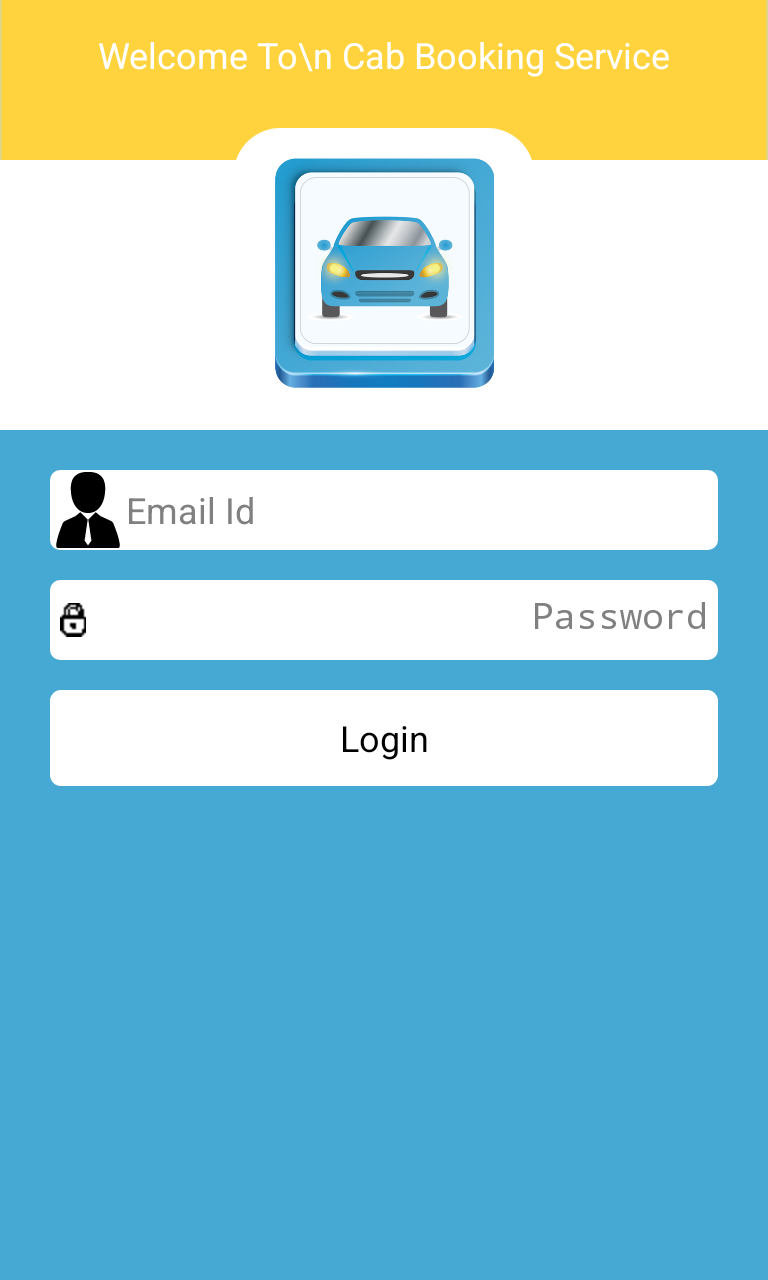
Repository: DeveloperManiax/cabbooking
Layout: CabBooking/res/layout/activity_login.xml
The author's editor kept a copy of each file at every save. The layout is drawn from the files as they stood at one save, then again after the next save.
It is drawn on a 768 x 1280 px phone screen (xhdpi) without system bars, with theme AppTheme; the app's code is not run.

Above is the layout before, as saved 2015-09-07 16:55:12.

### CabBooking/res/layout/activity_login.xml
<RelativeLayout xmlns:android="http://schemas.android.com/apk/res/android"
    xmlns:tools="http://schemas.android.com/tools"
    android:layout_width="match_parent"
    android:layout_height="match_parent"
    tools:context="com.developermaniax.cabbooking.Login" >

    <ImageView
        android:id="@+id/imageView1"
        android:layout_width="match_parent"
        android:layout_height="80dp"
        android:layout_alignParentLeft="true"
        android:layout_alignParentTop="true"
        android:scaleType="fitXY"
        android:src="@drawable/top" />

    <ImageView
        android:id="@+id/imageView3"
        android:layout_width="150dp"
        android:layout_height="150dp"
        android:layout_alignParentTop="true"
        android:layout_centerHorizontal="true"
        android:layout_marginLeft="50dp"
        android:layout_marginRight="50dp"
        android:layout_marginTop="60dp"
        android:src="@drawable/logooutline" />

    <ImageView
        android:id="@+id/imageView2"
        android:layout_width="120dp"
        android:layout_height="120dp"
        android:layout_alignParentTop="true"
        android:layout_below="@+id/imageView1"
        android:layout_centerHorizontal="true"
        android:layout_marginTop="75dp"
        android:src="@drawable/ic_launcher512" />

    <TextView
        android:id="@+id/textView1"
        android:layout_width="wrap_content"
        android:layout_height="wrap_content"
        android:layout_alignParentLeft="true"
        android:layout_alignParentRight="true"
        android:layout_marginTop="15dp"
        android:gravity="center_horizontal"
        android:text="Welcome To\n Cab Booking Service"
        android:textAppearance="?android:attr/textAppearanceMedium"
        android:textColor="#ffffff" />

    <LinearLayout
        android:layout_width="match_parent"
        android:layout_height="match_parent"
        android:layout_alignParentBottom="true"
        android:layout_alignParentLeft="true"
        android:layout_below="@+id/imageView2"
        android:layout_marginTop="20dp"
        android:background="#45A9D3"
        android:orientation="vertical"
        android:padding="5dp" >

        <EditText
            android:id="@+id/edtUserName"
            android:layout_width="match_parent"
            android:layout_height="40dp"
            android:layout_alignParentLeft="true"
            android:layout_marginLeft="20dp"
            android:layout_marginRight="20dp"
            android:layout_marginTop="15dp"
            android:background="@drawable/customtextbox"
            android:drawableLeft="@drawable/user"
            android:ems="10"
            android:hint="@string/edtUserName" />

        <EditText
            android:id="@+id/edtPassword"
            android:layout_width="match_parent"
            android:layout_height="40dp"
            android:layout_below="@id/edtUserName"
            android:layout_marginLeft="20dp"
            android:layout_marginRight="20dp"
            android:layout_marginTop="15dp"
            android:background="@drawable/customtextbox"
            android:drawableLeft="@drawable/passwordb"
            android:ems="10"
            android:hint="@string/edtPassword"
            android:inputType="textPassword"
            android:gravity="right"
            android:padding="5dp" />

        <Button
            android:id="@+id/button1"
            android:layout_width="match_parent"
            android:layout_height="wrap_content"
            android:layout_below="@+id/editText2"
            android:layout_marginLeft="20dp"
            android:layout_marginRight="20dp"
            android:layout_marginTop="15dp"
            android:background="@drawable/custombutton"
            android:text="@string/btnLogin" />
    </LinearLayout>

</RelativeLayout>

### CabBooking/res/values/colors.xml
<?xml version="1.0" encoding="utf-8"?>
<resources>
    <color name="list_divider">#d9d9d9</color>
    <color name="list_row_start_color">#ffffff</color>
    <color name="list_row_end_color">#ffffff</color>
    <color name="list_row_hover_start_color">#ebeef0</color>
    <color name="list_row_hover_end_color">#ebeef0</color>
	<color name="background">#23355B</color>
	<color name="fontcolor">#FFFFFF</color>
	<color name="navigationyellow">#FF9800</color>
	<color name="navigationpurpul">#9345AF</color>
	<color name="navigationmaruun">#A02650</color>
	<color name="englishpink">#E25B68</color>
	<color name="englishred">#E55350</color>
	<color name="list_background">#E6E6E6</color>
	<color name="list_background_pressed">#E25B68</color>
	<color name="actionbar_background">#FFD33D</color>
	<!--#3385C7 #E25B68 -->
</resources>

### CabBooking/res/drawable/customtextbox.xml
<?xml version="1.0" encoding="utf-8"?>
<shape xmlns:android="http://schemas.android.com/apk/res/android"
    android:padding="10dp"
    android:shape="rectangle" >

    <solid android:color="#ffffff" />

    <corners android:radius="5dip" />


</shape>

### CabBooking/res/values/strings.xml
<?xml version="1.0" encoding="utf-8"?>
<resources>

    <string name="app_name">CabBooking</string>
    <string name="hello_world">Hello world!</string>
    <string name="action_settings">Settings</string>
    <string name="title_activity_home">Home</string>
    <string name="title_activity_emergancy_contacts">EmergancyContacts</string>
    <string name="title_activity_about_us">AboutUs</string>
    <string name="title_activity_order">Order</string>
    <string name="title_activity_rate_card">RateCard</string>

    <string-array name="navigation_drawer_items_array">
        <item>Home</item>
        <item>Order</item>
        <item>Order History</item>
        <item>Rate Card</item>
        <item>Available Cities</item>
        <item>Emergancy Contacts</item>
        <item>About Us</item>
    </string-array>

    <string name="title_activity_registration">Registration</string>
    <string name="title_activity_login">Login</string>
    <string name="title_activity_profile">Profile</string>

    <!-- Registration Strings -->
    <string name="edtFirstName">First Name</string>
    <string name="edtLastName">Last Name</string>
    <string name="edtMobileNo">Mobile No</string>
    <string name="edtEmailId">Email Id</string>
    <string name="btnRegister">Register</string>

    <!-- Login Strings -->
    <string name="btnLogin">Login</string>
    <string name="edtUserName">Email Id</string>
    <string name="edtPassword">Password</string>

    <!-- Order -->
    <string name="btnRideLater">Ride Later</string>
    <string name="btnRideNow">Ride Now</string>

    <!-- shared prefs -->
    <string name="pref_key">cab987654</string>
    <string name="pref_registred">Registered</string>
    <string name="pref_login">Login</string>
    <string name="pref_user">User</string>
    <string name="pref_pass">Password</string>
    <string name="pref_isLogin">isLogin</string>

    <!-- Alert messages -->
    <string name="alertmsg_JSONExceptionMessage">Web server crashed!\nPlease restart the application</string>
    <string name="alertmsg_ApplicationFailedMessage">Unfortunetly Application Failed!\nPlease contact the administrator</string>
    <string name="alertmsg_ProcessingMessage">Please wait while processing&#8230;</string>
    <string name="alertmsg_LoadingdataMessage">Please wait while loading data&#8230;</string>
    <string name="alertmsg_AuthenticationInProgressMessage">keep calm\nauthentication in progress&#8230;</string>
    <string name="title_activity_night_rate">NightRate</string>
    <string name="title_activity_day_rate">DayRate</string>
    <string name="title_activity_available_cities">AvailableCities</string>
    <string name="title_activity_order_history">OrderHistory</string>
    <string name="aboutsInfo">Developer Maniax</string>
    <string name="aboutusAddress">36,Omega Complex,Opp.Dharti Automobiles,Gondal Road,Rajkot</string>
    <string name="poweredBy">Powered By</string>
    <string name="title_activity_booking_selection">BookingSelection</string>
    <string name="title_activity_intracity_order_confirmation">IntracityOrderConfirmation</string>

</resources>

### CabBooking/res/drawable/custombutton.xml
<?xml version="1.0" encoding="utf-8"?>
<selector xmlns:android="http://schemas.android.com/apk/res/android" >
 <item android:state_pressed="true" >
     <shape android:shape="rectangle"  >
         <corners android:radius="5dip" />
         <stroke android:width="1dip" android:color="#5e7974" />
         <gradient android:angle="-90" android:startColor="#ffffff" android:endColor="#ffffff"  />
     </shape>
 </item>
<item android:state_focused="true">
     <shape android:shape="rectangle"  >
         <corners android:radius="5dip" />
         <stroke android:width="1dip" android:color="#ffffff" />
         <solid android:color="#ffffff"/>
     </shape>
 </item>
<item >
    <shape android:shape="rectangle"  >
         <corners android:radius="5dip" />
         <stroke android:width="1dip" android:color="#ffffff" />
         <gradient android:angle="-90" android:startColor="#ffffff" android:endColor="#ffffff" />
     </shape>
 </item>
</selector>

Loaded but not shown: CabBooking/res/values/styles.xml (common file); CabBooking/res/values-v11/styles.xml (common file); CabBooking/res/values-v14/styles.xml (common file)

After the next save:
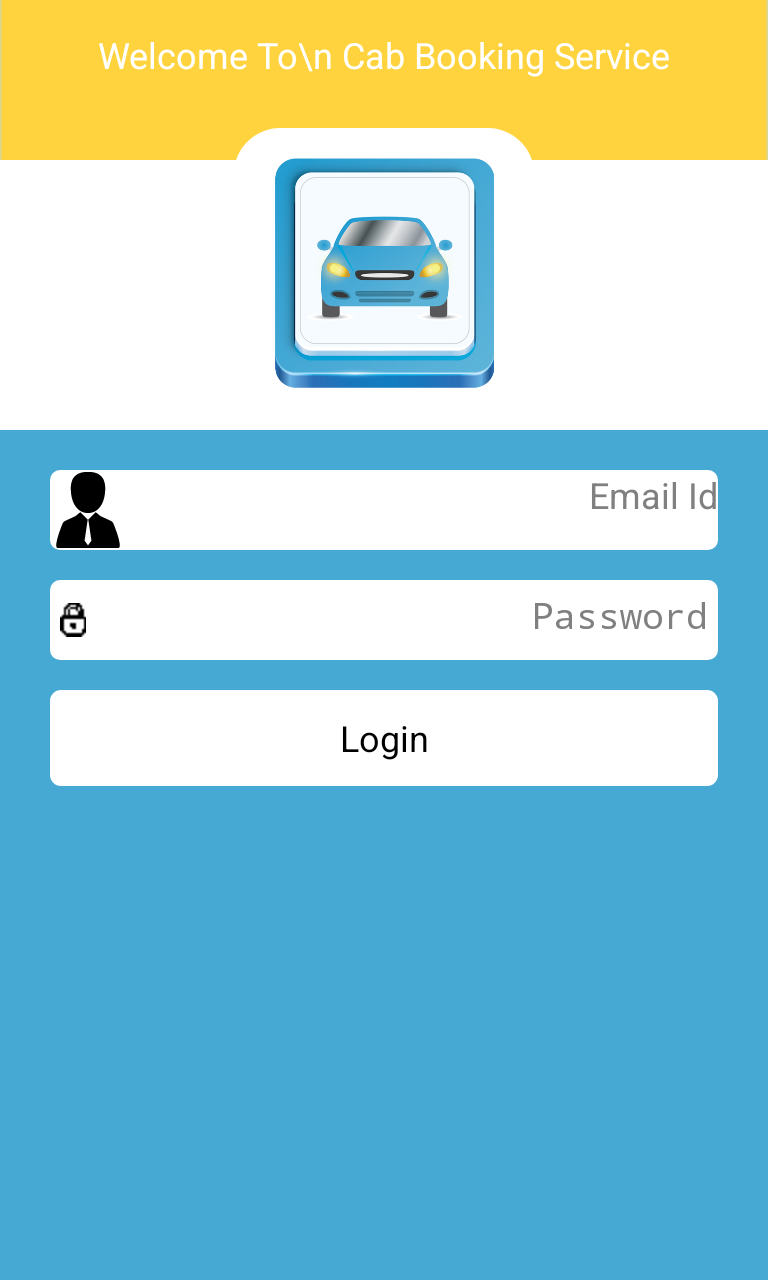
Saved 10 s later.
--- a/CabBooking/res/layout/activity_login.xml
+++ b/CabBooking/res/layout/activity_login.xml
@@ -65,6 +65,7 @@
             android:layout_marginLeft="20dp"
             android:layout_marginRight="20dp"
             android:layout_marginTop="15dp"
+            android:gravity="right"
             android:background="@drawable/customtextbox"
             android:drawableLeft="@drawable/user"
             android:ems="10"
